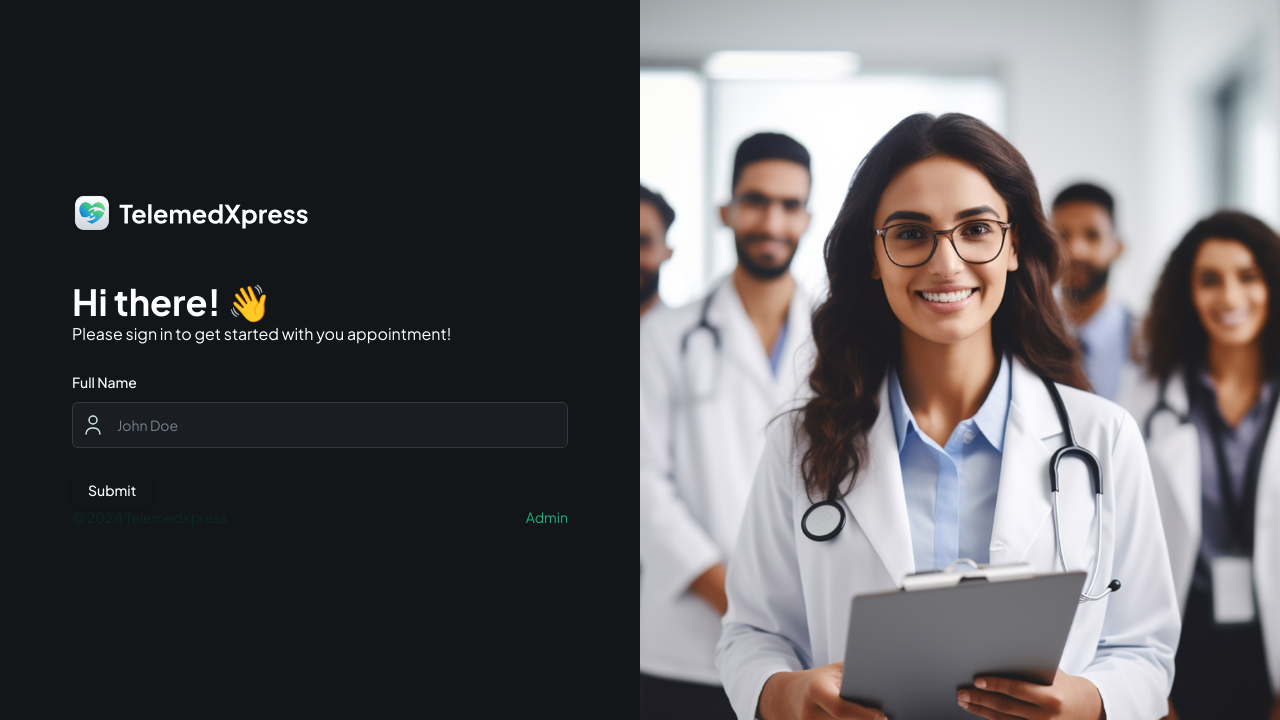
Repository: Carlito-Pedida/telemed
Page: /
These files come from the project's save history. The page is drawn as it stood at one moment and after the next save; the edit follows.
The browser window is 1280 px wide. The pictures show the whole page.
The project was rebuilt for these pictures with package versions that can differ from the ones it lists, and the page was loaded fresh each time. The framework's server and built-in components were replaced by stand-ins that run in the browser. Also part of the build but not shown: next.config.mjs, components/ui/select.tsx, components/ui/textarea.tsx, components/ui/checkbox.tsx.

Above is the page before, as saved 2024-11-04 19:04:41.

After the next save:
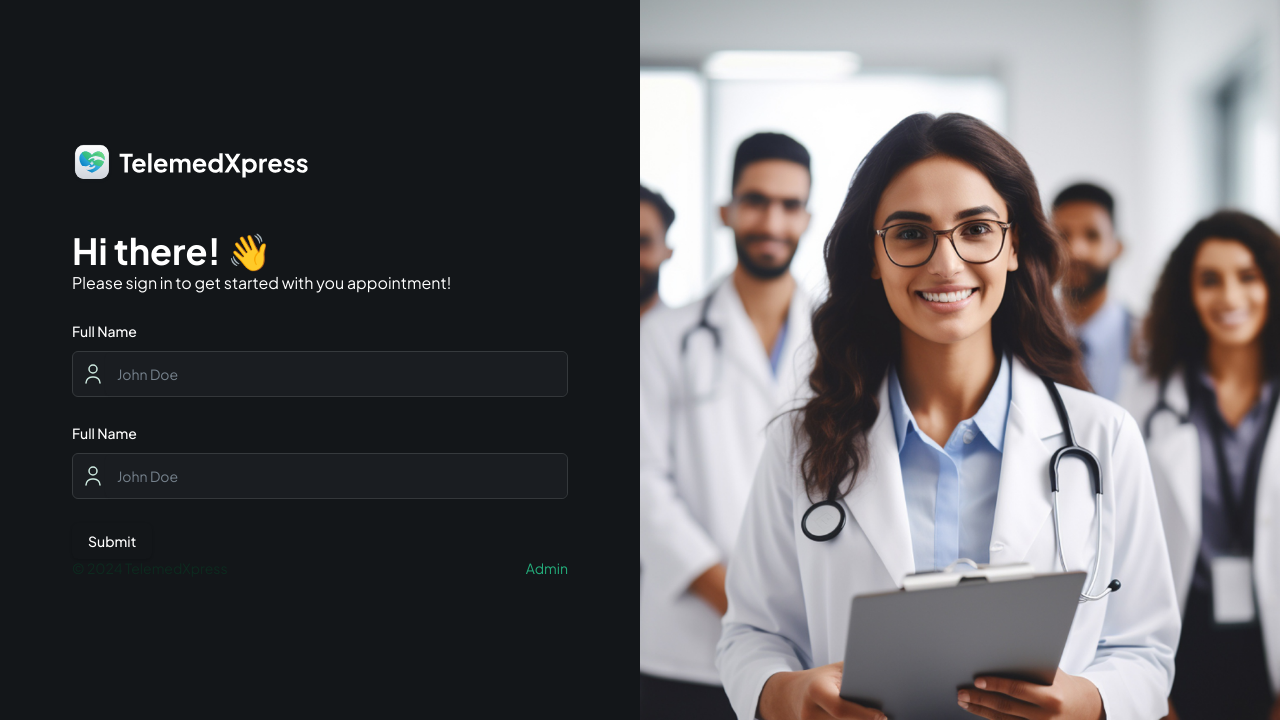
Saved 93 s later.
--- a/components/forms/PatientForm.tsx
+++ b/components/forms/PatientForm.tsx
@@ -58,6 +58,16 @@ const PatientForm = () => {
             iconAlt="User"
           />
 
+          <CustomFormField
+            fieldType={FormFieldType.INPUT}
+            control={form.control}
+            name="name"
+            label="Full Name"
+            placeholder="John Doe"
+            iconSrc="/assets/icons/user.svg"
+            iconAlt="User"
+          />
+
           <Button type="submit">Submit</Button>
         </form>
       </Form>
